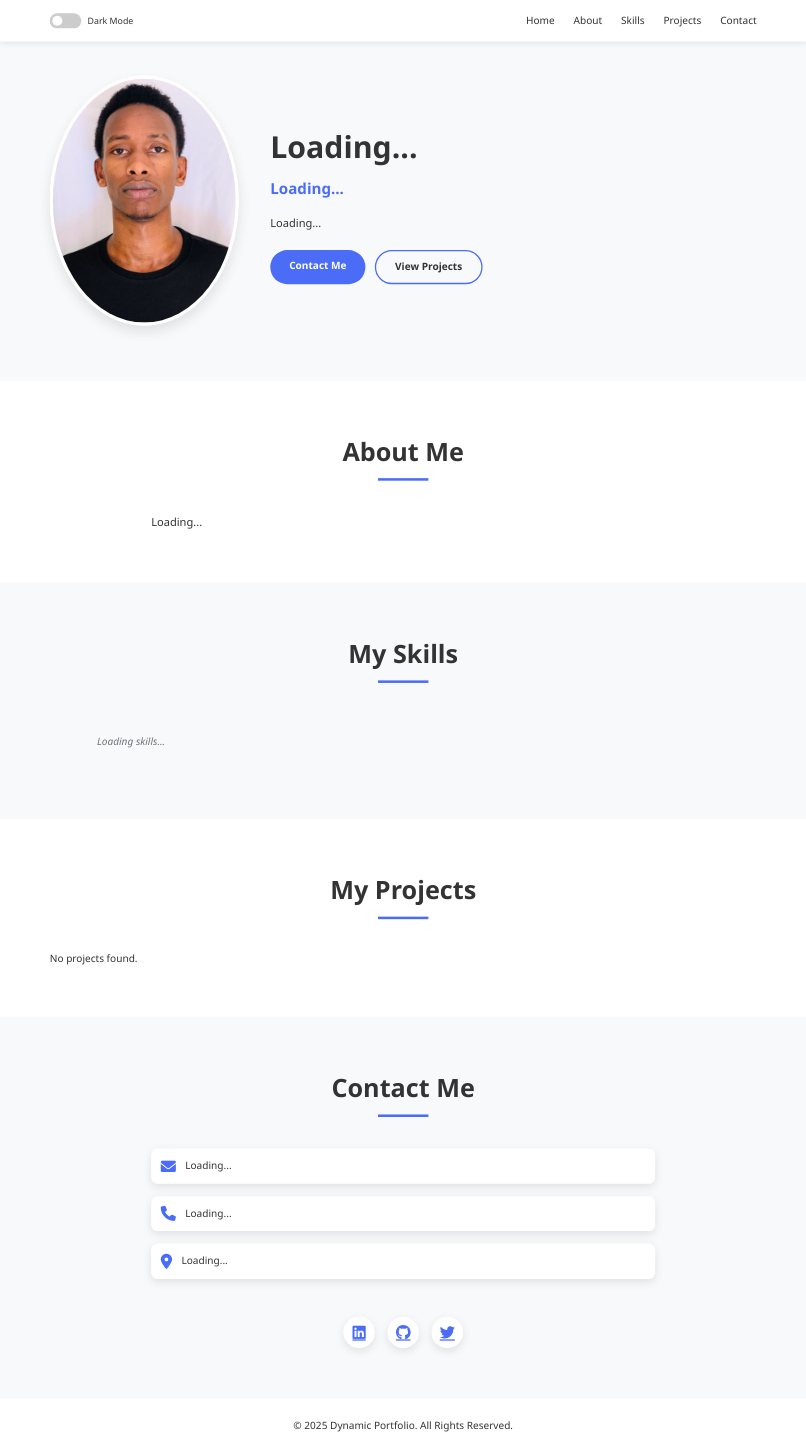
Repository: clevy11/Portfolio_Linux_Finalexam
Page: index.html
These files come from the project's save history. The page is drawn as it stood at one moment and after the next save; the edit follows.
The browser window is 1280 px wide. The pictures show the whole page, at 63% of full size.
The page's requests for data from a server got no answer.

Above is the page before, as saved 2025-05-24 01:19:42.

### index.html
<!DOCTYPE html>
<html lang="en">
<head>
    <meta charset="UTF-8">
    <meta name="viewport" content="width=device-width, initial-scale=1.0">
    <title>Dynamic Portfolio</title>
    <link rel="stylesheet" href="css/styles.css">
    <link rel="stylesheet" href="https://cdnjs.cloudflare.com/ajax/libs/font-awesome/6.0.0/css/all.min.css">
</head>
<body class="light-theme">
    <header>
        <div class="container">
            <div class="theme-switch-wrapper">
                <label class="theme-switch" for="checkbox">
                    <input type="checkbox" id="checkbox" />
                    <div class="slider round"></div>
                </label>
                <span class="theme-label">Dark Mode</span>
            </div>
            <nav>
                <ul>
                    <li><a href="#home">Home</a></li>
                    <li><a href="#about">About</a></li>
                    <li><a href="#skills">Skills</a></li>
                    <li><a href="#projects">Projects</a></li>
                    <li><a href="#contact">Contact</a></li>
                </ul>
            </nav>
        </div>
    </header>

    <main>
        <section id="home" class="hero">
            <div class="container">
                <div class="hero-content">
                    <div class="profile-image">
                        <img id="profile-pic" src="images/passport_picture.jpg" alt="Profile Picture">
                    </div>
                    <div class="hero-text">
                        <h1 id="full-name">Loading...</h1>
                        <h2 id="profession">Loading...</h2>
                        <p id="short-bio">Loading...</p>
                        <div class="cta-buttons">
                            <a href="#contact" class="btn primary-btn">Contact Me</a>
                            <a href="#projects" class="btn secondary-btn">View Projects</a>
                        </div>
                    </div>
                </div>
            </div>
        </section>

        <section id="about" class="about">
            <div class="container">
                <h2 class="section-title">About Me</h2>
                <div class="about-content">
                    <p id="about-text">Loading...</p>
                </div>
            </div>
        </section>

        <section id="skills" class="skills">
            <div class="container">
                <h2 class="section-title">My Skills</h2>
                <div id="skills-container" class="skills-grid">
                    <!-- Skills will be loaded dynamically -->
                    <div class="skill-loader">Loading skills...</div>
                </div>
            </div>
        </section>

        <section id="projects" class="projects">
            <div class="container">
                <h2 class="section-title">My Projects</h2>
                <div id="projects-container" class="projects-grid">
                    <!-- Projects will be loaded dynamically -->
                    <div class="project-loader">Loading projects...</div>
                </div>
            </div>
        </section>

        <section id="contact" class="contact">
            <div class="container">
                <h2 class="section-title">Contact Me</h2>
                <div class="contact-content">
                    <div class="contact-info">
                        <div class="contact-item">
                            <i class="fas fa-envelope"></i>
                            <span id="email">Loading...</span>
                        </div>
                        <div class="contact-item">
                            <i class="fas fa-phone"></i>
                            <span id="phone">Loading...</span>
                        </div>
                        <div class="contact-item">
                            <i class="fas fa-map-marker-alt"></i>
                            <span id="location">Loading...</span>
                        </div>
                    </div>
                    <div class="social-links">
                        <a href="#" id="linkedin" target="_blank"><i class="fab fa-linkedin"></i></a>
                        <a href="#" id="github" target="_blank"><i class="fab fa-github"></i></a>
                        <a href="#" id="twitter" target="_blank"><i class="fab fa-twitter"></i></a>
                    </div>
                </div>
            </div>
        </section>
    </main>

    <footer>
        <div class="container">
            <p>&copy; <span id="current-year"></span> <span id="footer-name">Dynamic Portfolio</span>. All Rights Reserved.</p>
        </div>
    </footer>

    <script src="js/theme.js"></script>
    <script src="js/portfolio.js"></script>
</body>
</html>

### css/styles.css
:root {
    --primary-color: #4a6cf7;
    --secondary-color: #6c757d;
    --text-color: #333;
    --bg-color: #f8f9fa;
    --card-bg: #ffffff;
    --border-color: #e9ecef;
    --shadow-color: rgba(0, 0, 0, 0.1);
    --section-padding: 80px 0;
    --transition: all 0.3s ease;
}

.dark-theme {
    --text-color: #f8f9fa;
    --bg-color: #121212;
    --card-bg: #1e1e1e;
    --border-color: #2d2d2d;
    --shadow-color: rgba(255, 255, 255, 0.05);
}

* {
    margin: 0;
    padding: 0;
    box-sizing: border-box;
}

body {
    font-family: 'Segoe UI', Tahoma, Geneva, Verdana, sans-serif;
    line-height: 1.6;
    color: var(--text-color);
    background-color: var(--bg-color);
    transition: var(--transition);
}

.container {
    width: 90%;
    max-width: 1200px;
    margin: 0 auto;
    padding: 0 15px;
}

/* Header Styles */
header {
    background-color: var(--card-bg);
    box-shadow: 0 2px 10px var(--shadow-color);
    position: fixed;
    width: 100%;
    top: 0;
    z-index: 1000;
    transition: var(--transition);
}

header .container {
    display: flex;
    justify-content: space-between;
    align-items: center;
    padding: 20px 15px;
}

nav ul {
    display: flex;
    list-style: none;
}

nav ul li {
    margin-left: 30px;
}

nav ul li a {
    text-decoration: none;
    color: var(--text-color);
    font-weight: 500;
    transition: var(--transition);
}

nav ul li a:hover {
    color: var(--primary-color);
}

/* Theme Switch */
.theme-switch-wrapper {
    display: flex;
    align-items: center;
}

.theme-switch {
    display: inline-block;
    height: 24px;
    position: relative;
    width: 50px;
}

.theme-switch input {
    display: none;
}

.slider {
    background-color: #ccc;
    bottom: 0;
    cursor: pointer;
    left: 0;
    position: absolute;
    right: 0;
    top: 0;
    transition: var(--transition);
}

.slider:before {
    background-color: #fff;
    bottom: 4px;
    content: "";
    height: 16px;
    left: 4px;
    position: absolute;
    transition: var(--transition);
    width: 16px;
}

input:checked + .slider {
    background-color: var(--primary-color);
}

input:checked + .slider:before {
    transform: translateX(26px);
}

.slider.round {
    border-radius: 34px;
}

.slider.round:before {
    border-radius: 50%;
}

.theme-label {
    margin-left: 10px;
    font-size: 14px;
}

/* Hero Section */
.hero {
    padding-top: 120px;
    padding-bottom: 80px;
    background-color: var(--bg-color);
    transition: var(--transition);
}

.hero-content {
    display: flex;
    align-items: center;
    justify-content: space-between;
    flex-wrap: wrap;
}

.profile-image {
    flex: 0 0 300px;
    margin-right: 50px;
}

.profile-image img {
    width: 100%;
    border-radius: 50%;
    box-shadow: 0 10px 20px var(--shadow-color);
    border: 5px solid var(--card-bg);
    transition: var(--transition);
}

.hero-text {
    flex: 1;
}

.hero-text h1 {
    font-size: 3rem;
    margin-bottom: 10px;
    color: var(--text-color);
}

.hero-text h2 {
    font-size: 1.5rem;
    color: var(--primary-color);
    margin-bottom: 20px;
}

.hero-text p {
    margin-bottom: 30px;
    font-size: 1.1rem;
}

.cta-buttons {
    display: flex;
    gap: 15px;
}

.btn {
    display: inline-block;
    padding: 12px 30px;
    border-radius: 50px;
    text-decoration: none;
    font-weight: 600;
    transition: var(--transition);
    cursor: pointer;
}

.primary-btn {
    background-color: var(--primary-color);
    color: white;
}

.primary-btn:hover {
    background-color: #3a5bd9;
    transform: translateY(-3px);
}

.secondary-btn {
    background-color: transparent;
    color: var(--text-color);
    border: 2px solid var(--primary-color);
}

.secondary-btn:hover {
    background-color: var(--primary-color);
    color: white;
    transform: translateY(-3px);
}

/* Section Styles */
section {
    padding: var(--section-padding);
}

.section-title {
    text-align: center;
    margin-bottom: 50px;
    font-size: 2.5rem;
    color: var(--text-color);
    position: relative;
    padding-bottom: 15px;
}

.section-title::after {
    content: '';
    position: absolute;
    bottom: 0;
    left: 50%;
    transform: translateX(-50%);
    width: 80px;
    height: 4px;
    background-color: var(--primary-color);
}

/* About Section */
.about {
    background-color: var(--card-bg);
    transition: var(--transition);
}

.about-content {
    max-width: 800px;
    margin: 0 auto;
    font-size: 1.1rem;
    line-height: 1.8;
}

/* Skills Section */
.skills {
    background-color: var(--bg-color);
    transition: var(--transition);
}

.skills-grid {
    display: grid;
    grid-template-columns: repeat(auto-fill, minmax(250px, 1fr));
    gap: 30px;
}

.skill-card {
    background-color: var(--card-bg);
    border-radius: 10px;
    padding: 25px;
    box-shadow: 0 5px 15px var(--shadow-color);
    transition: var(--transition);
    text-align: center;
}

.skill-card:hover {
    transform: translateY(-10px);
}

.skill-icon {
    font-size: 3rem;
    margin-bottom: 15px;
    color: var(--primary-color);
}

.skill-name {
    font-size: 1.2rem;
    font-weight: 600;
    margin-bottom: 10px;
}

.skill-level {
    width: 100%;
    height: 8px;
    background-color: var(--border-color);
    border-radius: 10px;
    margin-top: 15px;
    position: relative;
}

.skill-progress {
    position: absolute;
    top: 0;
    left: 0;
    height: 100%;
    background-color: var(--primary-color);
    border-radius: 10px;
}

.skill-loader, .project-loader {
    text-align: center;
    padding: 30px;
    font-style: italic;
    color: var(--secondary-color);
}

/* Projects Section */
.projects {
    background-color: var(--card-bg);
    transition: var(--transition);
}

.projects-grid {
    display: grid;
    grid-template-columns: repeat(auto-fill, minmax(300px, 1fr));
    gap: 30px;
}

.project-card {
    background-color: var(--bg-color);
    border-radius: 10px;
    overflow: hidden;
    box-shadow: 0 5px 15px var(--shadow-color);
    transition: var(--transition);
}

.project-card:hover {
    transform: translateY(-10px);
}

.project-image {
    width: 100%;
    height: 200px;
    object-fit: cover;
}

.project-info {
    padding: 20px;
}

.project-title {
    font-size: 1.3rem;
    margin-bottom: 10px;
    color: var(--text-color);
}

.project-description {
    margin-bottom: 15px;
    color: var(--text-color);
    font-size: 0.95rem;
}

.project-tags {
    display: flex;
    flex-wrap: wrap;
    gap: 8px;
    margin-bottom: 15px;
}

.project-tag {
    background-color: var(--primary-color);
    color: white;
    padding: 5px 10px;
    border-radius: 20px;
    font-size: 0.8rem;
}

.project-link {
    display: inline-block;
    color: var(--primary-color);
    text-decoration: none;
    font-weight: 600;
    transition: var(--transition);
}

.project-link:hover {
    color: #3a5bd9;
}

/* Contact Section */
.contact {
    background-color: var(--bg-color);
    transition: var(--transition);
}

.contact-content {
    display: flex;
    flex-direction: column;
    align-items: center;
    max-width: 800px;
    margin: 0 auto;
}

.contact-info {
    margin-bottom: 40px;
    width: 100%;
}

.contact-item {
    display: flex;
    align-items: center;
    margin-bottom: 20px;
    padding: 15px;
    background-color: var(--card-bg);
    border-radius: 10px;
    box-shadow: 0 5px 15px var(--shadow-color);
    transition: var(--transition);
}

.contact-item i {
    font-size: 1.5rem;
    color: var(--primary-color);
    margin-right: 15px;
}

.social-links {
    display: flex;
    gap: 20px;
}

.social-links a {
    display: flex;
    align-items: center;
    justify-content: center;
    width: 50px;
    height: 50px;
    background-color: var(--card-bg);
    border-radius: 50%;
    color: var(--primary-color);
    font-size: 1.5rem;
    transition: var(--transition);
    box-shadow: 0 5px 15px var(--shadow-color);
}

.social-links a:hover {
    background-color: var(--primary-color);
    color: white;
    transform: translateY(-5px);
}

/* Footer */
footer {
    background-color: var(--card-bg);
    padding: 30px 0;
    text-align: center;
    transition: var(--transition);
}

/* Responsive Styles */
@media (max-width: 992px) {
    .hero-content {
        flex-direction: column;
        text-align: center;
    }

    .profile-image {
        margin-right: 0;
        margin-bottom: 30px;
    }

    .cta-buttons {
        justify-content: center;
    }
}

@media (max-width: 768px) {
    header .container {
        flex-direction: column;
    }

    nav ul {
        margin-top: 20px;
    }

    nav ul li {
        margin-left: 15px;
        margin-right: 15px;
    }

    .section-title {
        font-size: 2rem;
    }

    .hero-text h1 {
        font-size: 2.5rem;
    }
}

@media (max-width: 576px) {
    nav ul {
        flex-wrap: wrap;
        justify-content: center;
    }

    .skills-grid, .projects-grid {
        grid-template-columns: 1fr;
    }

    .hero-text h1 {
        font-size: 2rem;
    }

    .btn {
        padding: 10px 20px;
    }
}

### js/portfolio.js
document.addEventListener('DOMContentLoaded', function() {
    // Database connection configuration
    const apiBaseUrl = 'http://localhost:3000/api';

    // Function to fetch data from the server
    async function fetchData(endpoint) {
        try {
            console.log(`Fetching data from ${endpoint}...`);
            const response = await fetch(`${apiBaseUrl}/${endpoint}`, {
                headers: {
                    'Content-Type': 'application/json',
                    'Accept': 'application/json'
                }
            });
            if (!response.ok) {
                throw new Error(`HTTP error! Status: ${response.status}`);
            }
            const data = await response.json();
            if (!data) {
                throw new Error('No data received from server');
            }
            return data;
        } catch (error) {
            console.error('Error fetching data:', error);
            // Display error message to user
            const errorContainer = document.getElementById('error-container');
            if (errorContainer) {
                errorContainer.textContent = 'Failed to load data. Please try again later.';
                errorContainer.style.display = 'block';
            }
            return null;
        }
    }

    // Load profile information
    async function loadProfile() {
        const profile = await fetchData('profile');
        if (profile) {
            document.getElementById('full-name').textContent = profile.full_name;
            document.getElementById('profession').textContent = profile.profession;
            document.getElementById('short-bio').textContent = profile.short_bio;
            document.getElementById('about-text').textContent = profile.about;
            document.getElementById('profile-pic').src = profile.profile_pic || 'images/passport_picture.jpg';
            document.getElementById('profile-pic').onerror = function() {
                this.src = 'images/passport_picture.jpg';
            };
            document.getElementById('email').textContent = profile.email;
            document.getElementById('phone').textContent = profile.phone;
            document.getElementById('location').textContent = profile.location;
            document.getElementById('footer-name').textContent = profile.full_name;

            // Set social links
            document.getElementById('linkedin').href = profile.social.linkedin;
            document.getElementById('github').href = profile.social.github;
            document.getElementById('twitter').href = profile.social.twitter;
        }
    }

    // Load skills
    async function loadSkills() {
        const skills = await fetchData('skills');
        const skillsContainer = document.getElementById('skills-container');

        if (skills && skills.length > 0) {
            // Clear loading message
            skillsContainer.innerHTML = '';

            // Add skills to the container
            skills.forEach(skill => {
                const skillCard = document.createElement('div');
                skillCard.className = 'skill-card';

                skillCard.innerHTML = `
                    <div class="skill-icon"><i class="${skill.icon}"></i></div>
                    <h3 class="skill-name">${skill.name}</h3>
                    <div class="skill-level">
                        <div class="skill-progress" style="width: ${skill.level}%"></div>
                    </div>
                    <p>${skill.level}%</p>
                `;

                skillsContainer.appendChild(skillCard);
            });
        }
    }

    // Load projects
    async function loadProjects() {
        const projects = await fetchData('projects');
        const projectsContainer = document.getElementById('projects-container');

        if (!projects || !Array.isArray(projects)) {
            projectsContainer.innerHTML = '<p>No projects found.</p>';
            return;
        }
        if (projects.length > 0) {
            // Clear loading message
            projectsContainer.innerHTML = '';

            // Add projects to the container
            projects.forEach(project => {
                const projectCard = document.createElement('div');
                projectCard.className = 'project-card';

                // Create tags HTML
                const tagsHTML = project.tags && Array.isArray(project.tags) ? project.tags.map(tag =>
                    `<span class="project-tag"></span>`
                ).join('') : '';

                projectCard.innerHTML = `
                    <img src="${project.image || 'images/default-project.jpg'}" onerror="this.src=''" alt="${project.title}" class="project-image">
                    <div class="project-info">
                        <h3 class="project-title">${project.title}</h3>
                        <p class="project-description">${project.description}</p>
                        <div class="project-tags">${tagsHTML}</div>
                        <a href="${project.link}" class="project-link" target="_blank">View Project</a>
                    </div>
                `;

                projectsContainer.appendChild(projectCard);
            });
        }
    }

    // Initialize the portfolio
    async function initPortfolio() {
        // Load data from the database
        await loadProfile();
        await loadSkills();
        await loadProjects();
    }

    // Start loading data
    initPortfolio();
});

Loaded but not shown: js/theme.js (34 lines, source omitted)

After the next save:
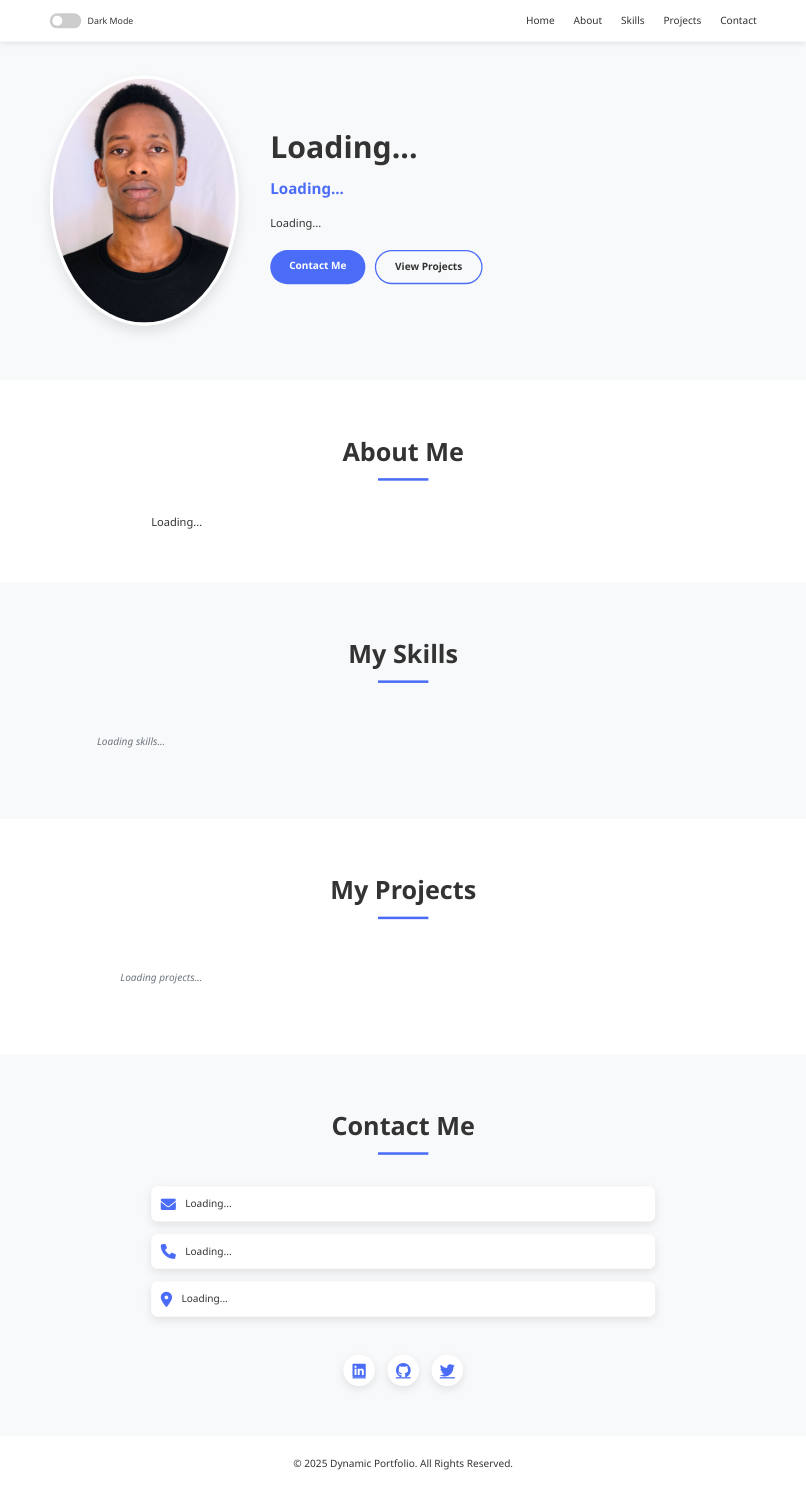
Console error: SyntaxError: Unexpected token ')'
Saved 4 min 7 s later.
--- a/js/portfolio.js
+++ b/js/portfolio.js
@@ -1,6 +1,6 @@
 document.addEventListener('DOMContentLoaded', function() {
     // Database connection configuration
-    const apiBaseUrl = 'http://localhost:3000/api';
+    const apiBaseUrl = 'http://localhost:3030/api';
 
     // Function to fetch data from the server
     async function fetchData(endpoint) {
@@ -132,4 +132,4 @@
 
     // Start loading data
     initPortfolio();
-});
+}));}

After the 2 saves that followed:
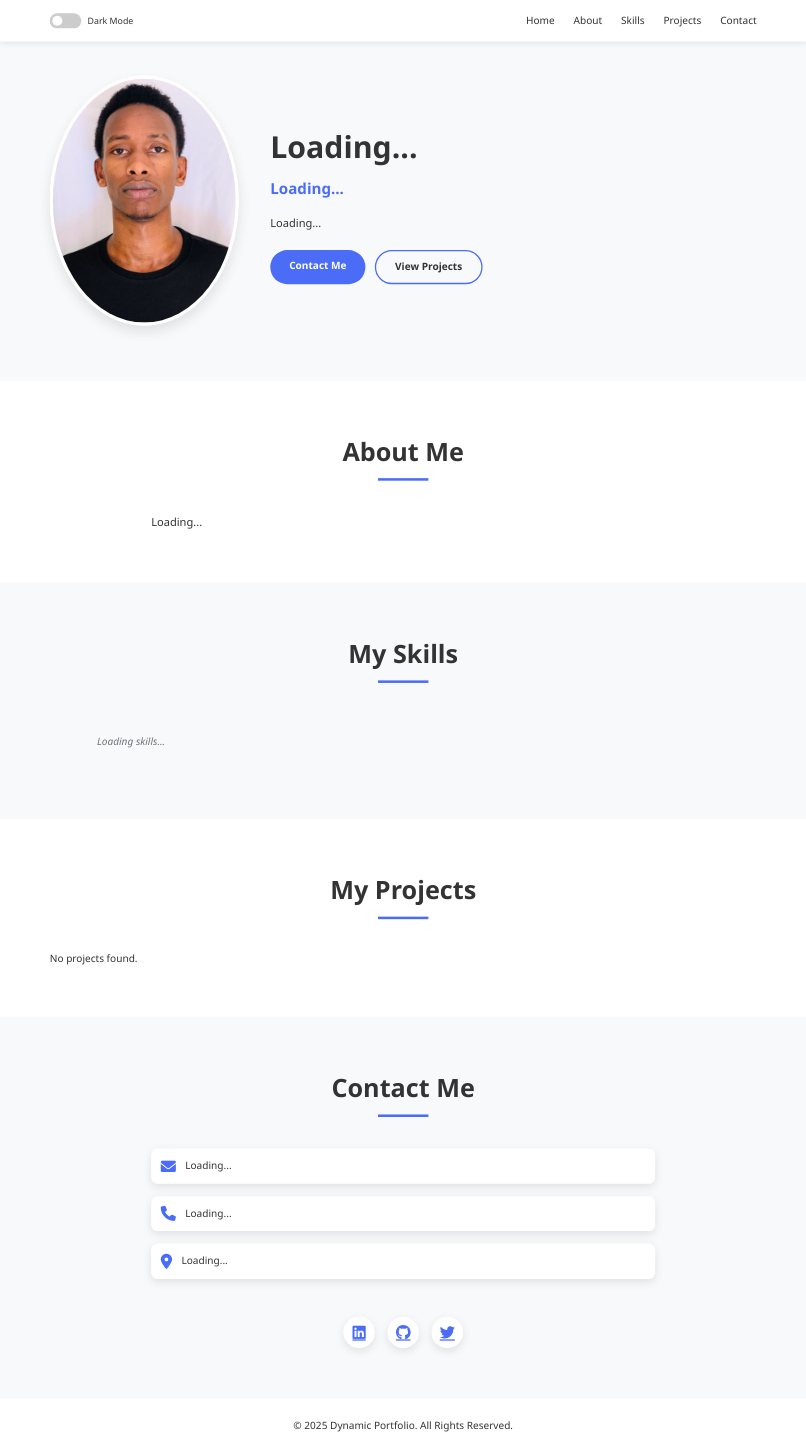
The error is gone.
The 2 saves are shown as one change because they came seconds apart.
The last was saved 2 min 46 s later.
--- a/js/portfolio.js
+++ b/js/portfolio.js
@@ -132,4 +132,4 @@
 
     // Start loading data
     initPortfolio();
-}));}
+});
